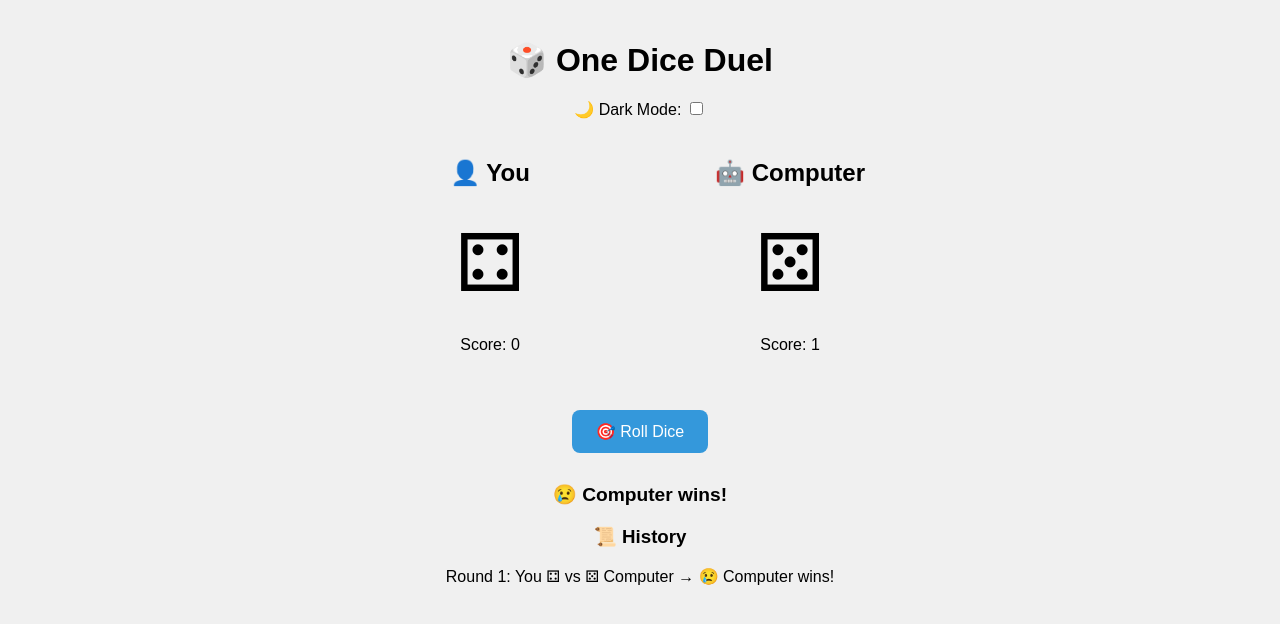
Repository: alokanand524/anand-portfolio
Page: games/dice-game/index.html
These files come from the project's save history. The page is drawn as it stood at one moment and after the next save; the edit follows.
The browser window is 1280 px wide. The pictures show the whole page.
After loading, the first visible `#roll-btn` was clicked once.

Above is the page before, as saved 2025-07-31 15:05:57.

After the next save:
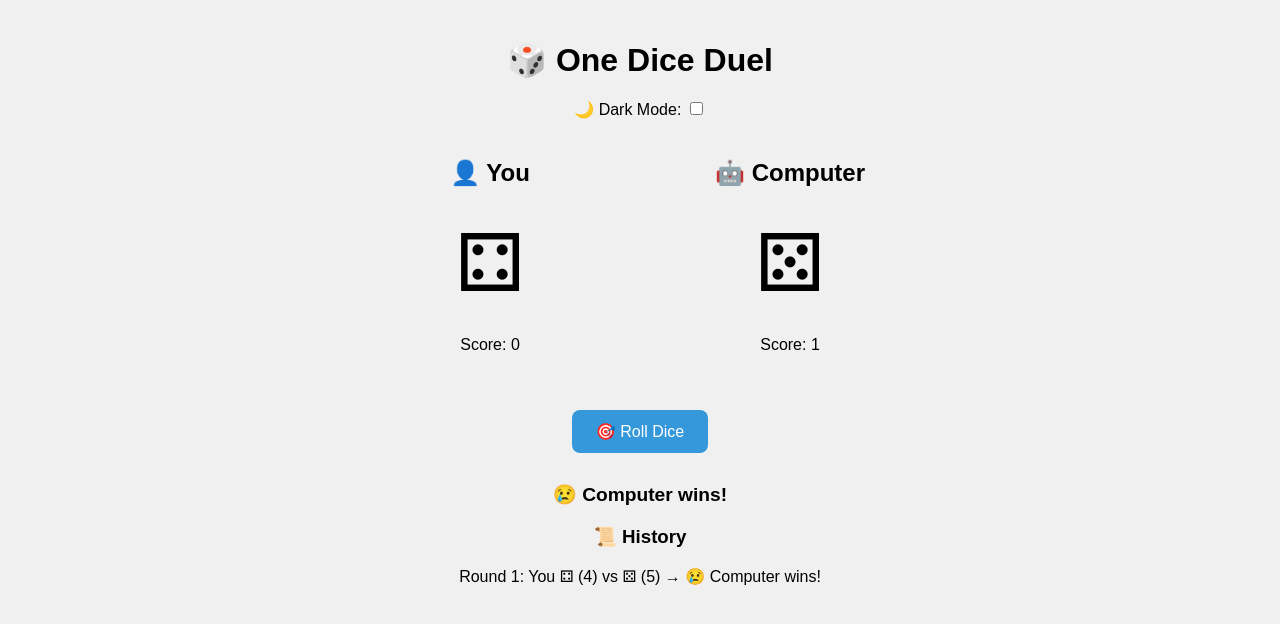
Saved 2 min 26 s later.
--- a/games/dice-game/script.js
+++ b/games/dice-game/script.js
@@ -8,6 +8,7 @@ const winSound = document.getElementById('win-sound');
 const loseSound = document.getElementById('lose-sound');
 
 function rollDie() {
+  // Roll returns value from 0-5
   return Math.floor(Math.random() * 6);
 }
 
@@ -43,15 +44,20 @@ function playRound() {
   const playerRoll = rollDie();
   const computerRoll = rollDie();
 
+  // Show dice faces (index from 0)
   updateDice($('#player-dice'), playerRoll);
   updateDice($('#computer-dice'), computerRoll);
 
+  // Convert roll to real values (1–6)
+  const playerValue = playerRoll + 1;
+  const computerValue = computerRoll + 1;
+
   let result = '';
-  if (playerRoll > computerRoll) {
+  if (playerValue > computerValue) {
     playerScore++;
     winSound.play();
     result = '🎉 You win!';
-  } else if (playerRoll < computerRoll) {
+  } else if (playerValue < computerValue) {
     computerScore++;
     loseSound.play();
     result = '😢 Computer wins!';
@@ -61,7 +67,7 @@ function playRound() {
 
   $('#result').text(result);
   $('#history-log').prepend(
-    `<li>Round ${round}: You ${diceFaces[playerRoll]} vs ${diceFaces[computerRoll]} Computer → ${result}</li>`
+    `<li>Round ${round}: You ${diceFaces[playerRoll]} (${playerValue}) vs ${diceFaces[computerRoll]} (${computerValue}) → ${result}</li>`
   );
 
   updateScores();
